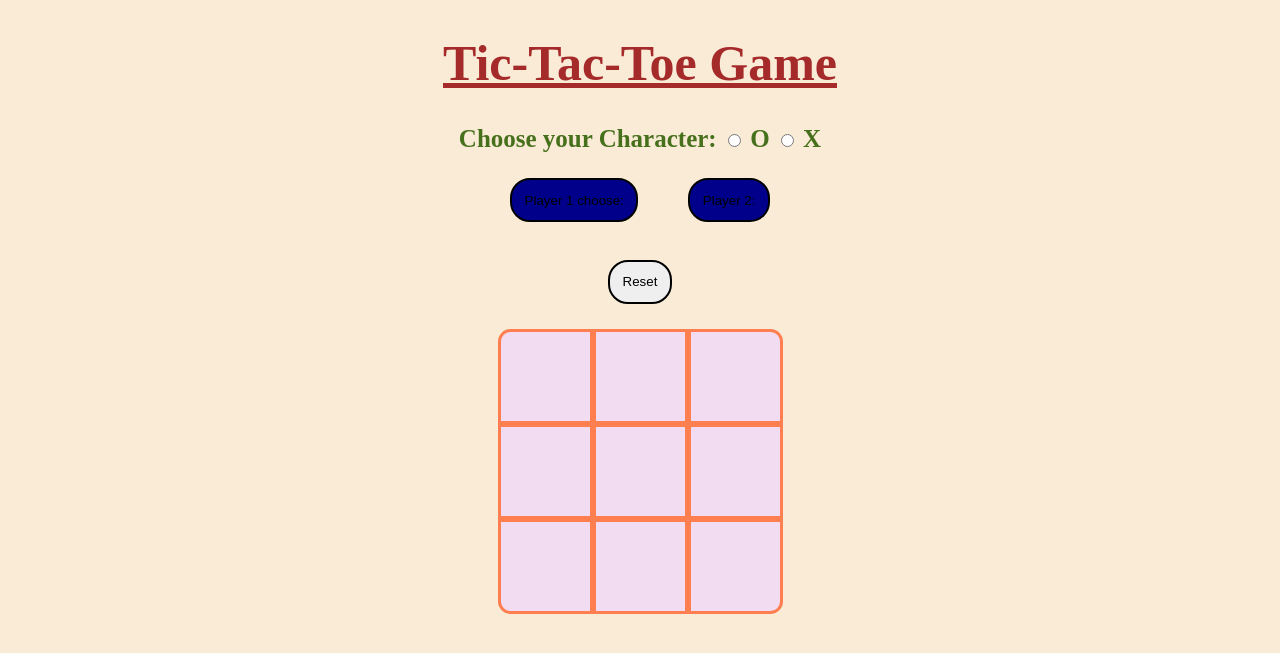
Repository: 0101chaitanya/Tic-Tac-Toe
Page: index.html
These files come from the project's save history. The page is drawn as it stood at one moment and after a run of saves; the edit follows.
The browser window is 1280 px wide. The pictures show the whole page.

Above is the page before, as saved 2021-06-12 14:33:43.

After the next 4 saves:
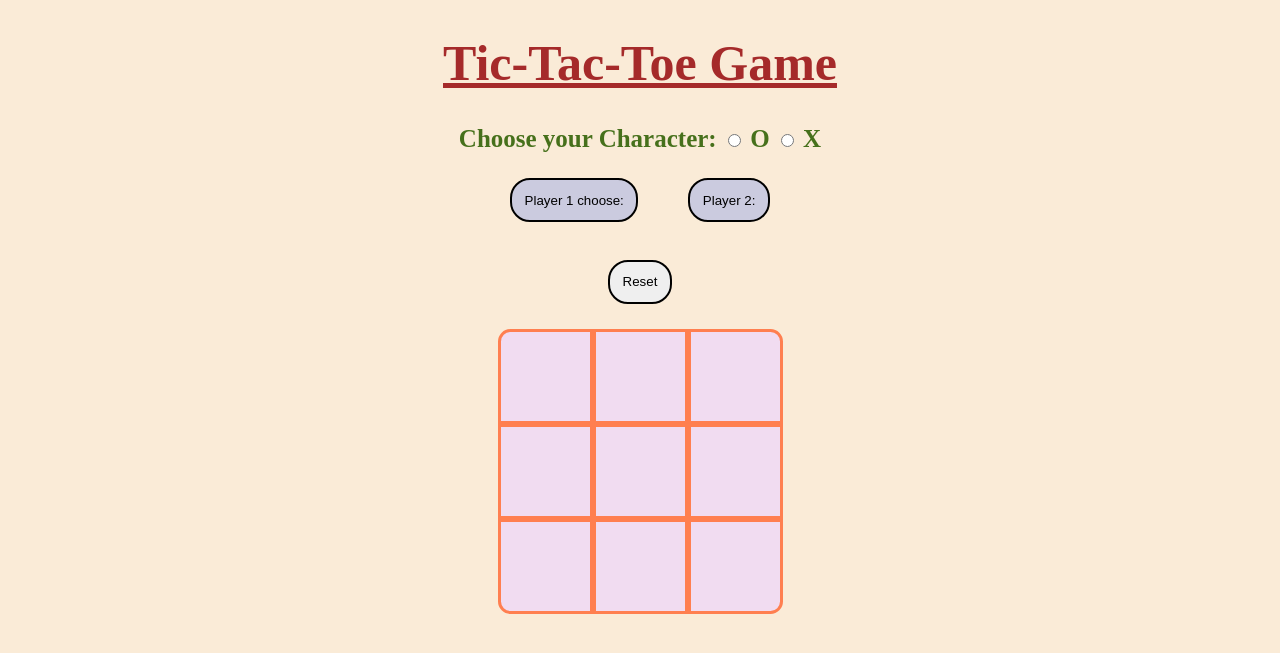
The 4 saves are shown as one change because they came seconds apart.
The last was saved 10 s later.
--- a/styles.css
+++ b/styles.css
@@ -54,7 +54,7 @@ label>input {
     border: 0.1rem solid;
     padding: 0.5rem;
     border-radius: 0.8rem;
-    background: darkblue;
+    background: rgb(203, 203, 223);
 }
 
 #gameSquare {
